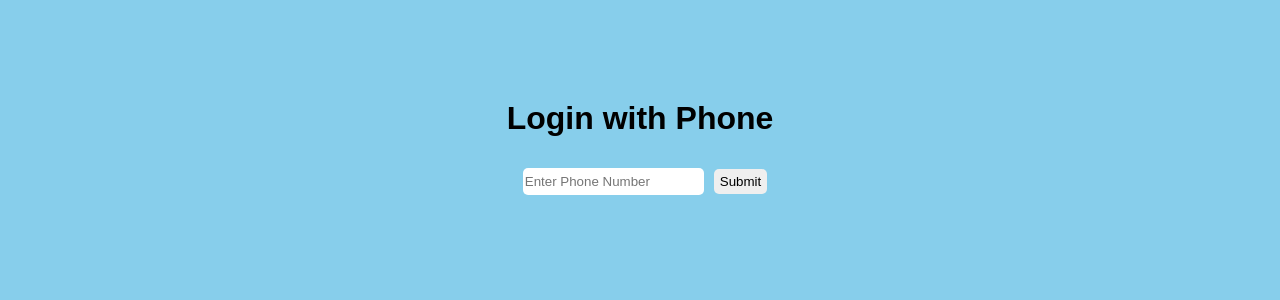
Repository: s-babaeizadeh/OTP-Login
Page: /
The author's editor kept a copy of each file at every save. The page is drawn from the files as they stood at one save, then again after the next save.
The browser window is 1280 px wide. The pictures show the whole page.
The project was rebuilt for these pictures with package versions that can differ from the ones it lists, and the page was loaded fresh each time. Also part of the build but not shown: vite.config.js, src/components/OtpInput.jsx.

Above is the page before, as saved 2024-08-03 21:38:55.

After the next save:
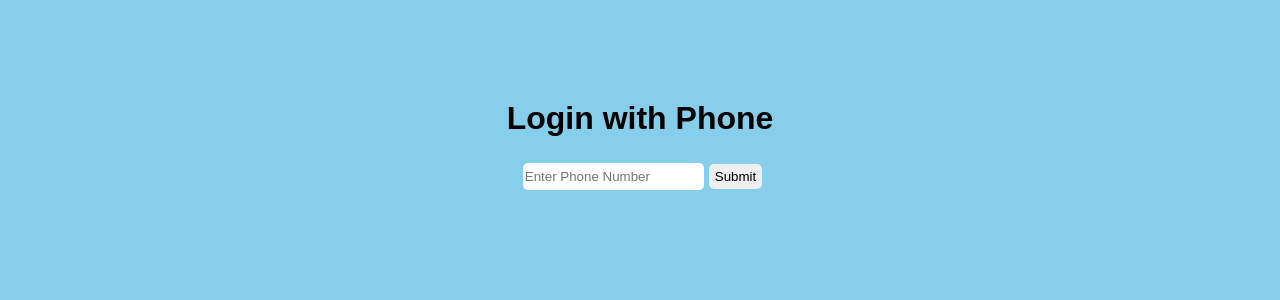
Saved 10 s later.
--- a/src/App.css
+++ b/src/App.css
@@ -17,7 +17,7 @@
   border: none;
   outline: none;
   height: 25px;
-  margin: 10px;
+  margin: 5px;
 }
 
 button {
